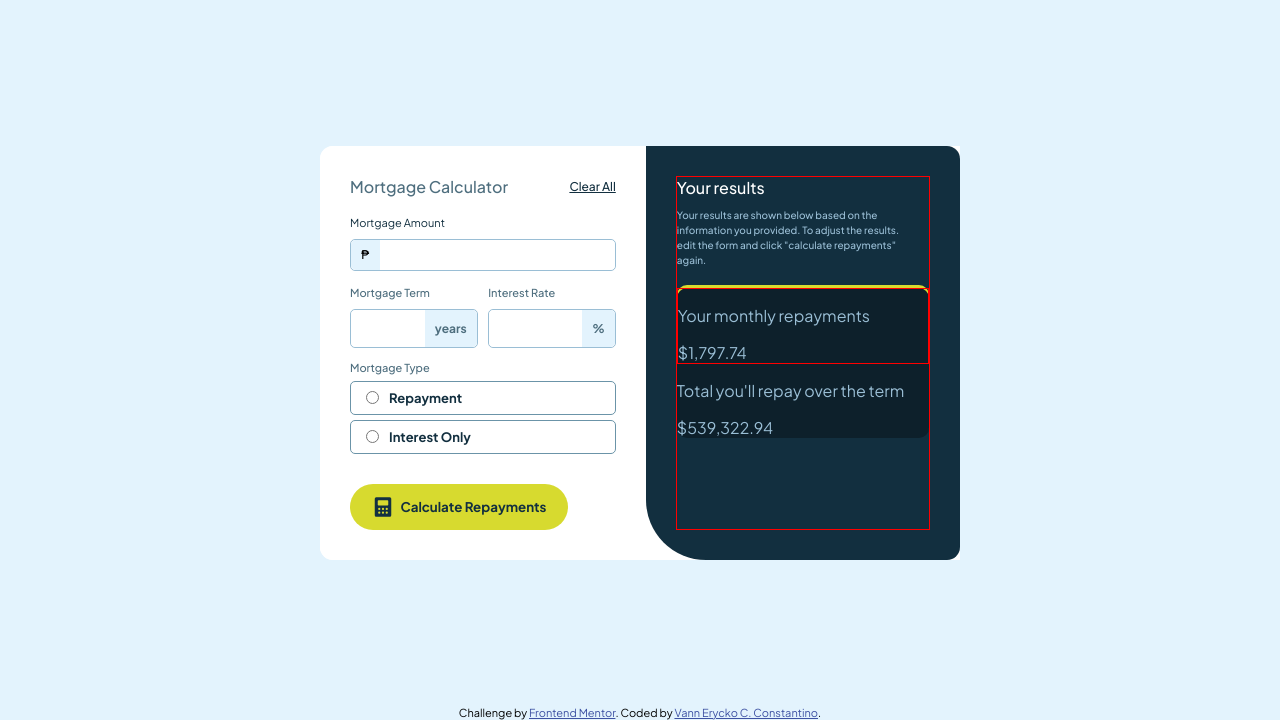
Repository: kocokoy/mortgage-repayment-calculator
Page: index.html
An editor plug-in stored every save of this project. The page is shown before and after the next save, followed by the edit.
The browser window is 1280 px wide. The pictures show the whole page.

Above is the page before, as saved 2024-10-30 14:44:37.

After the next save:
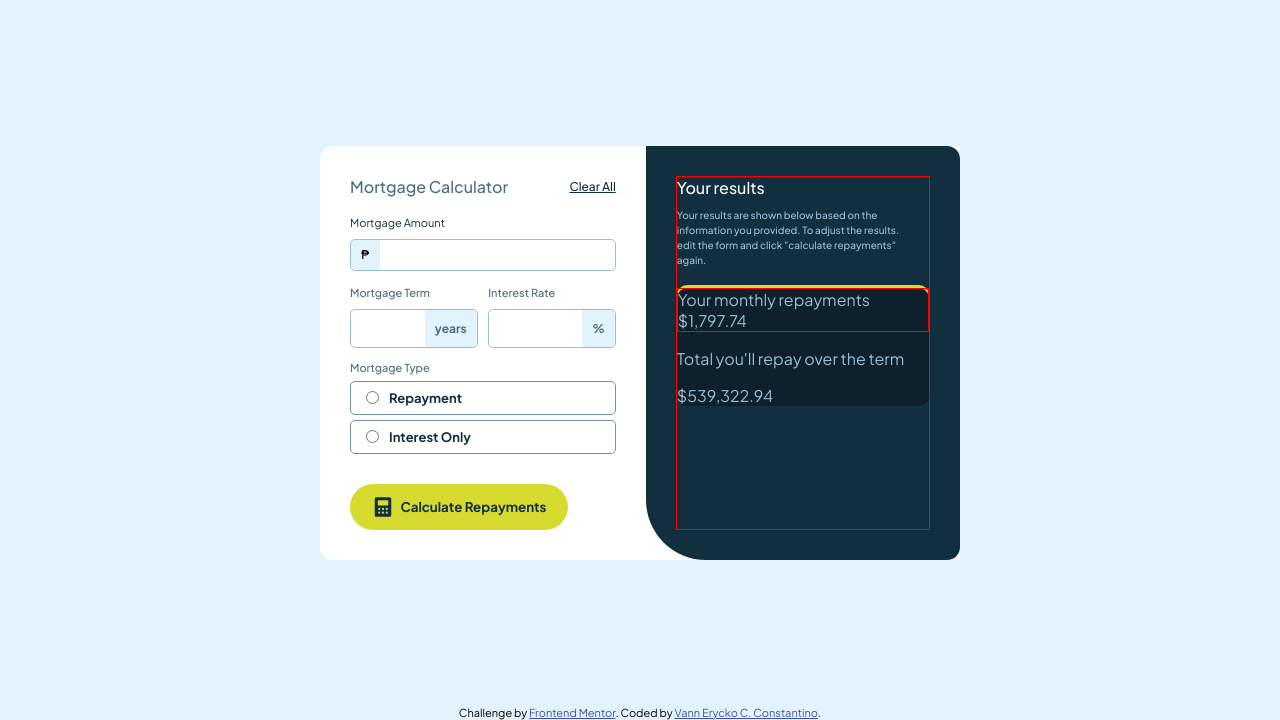
Saved 23 s later.
--- a/styles/style.css
+++ b/styles/style.css
@@ -366,3 +366,6 @@ input[type="radio"]{
   display: flex;
   flex-direction: column;
 }
+.result-populate-repayment-monthly p{
+  margin: 0;
+}
